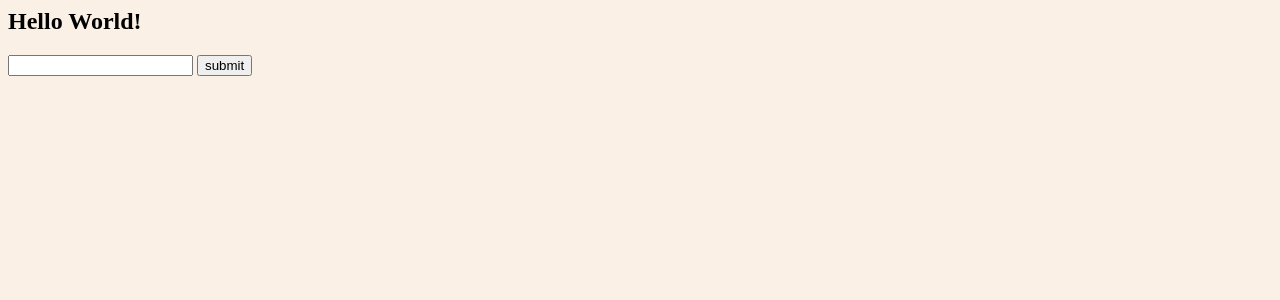
Repository: jalaj2123/SPRING-ORM
Page: http://localhost/Webap/
These files come from the project's save history. The page is drawn as it stood at one moment and after the next save; the edit follows.
The browser window is 1280 px wide. The pictures show the whole page.
The page is served by Tomcat 9. Other server files are loaded and not shown.

Above is the page before, as saved 2022-03-16 11:37:18.

### Webap/src/main/webapp/index.jsp
<html>

<head>

<style>
body {
    background-color: linen;
}
</style>
</head>
<body>
<h2>Hello World!</h2>
<form action="GetAlien">
<input type="text" name="aid"/>
<input type="submit" value="submit">

</form>
</body>
</html>

After the next save:
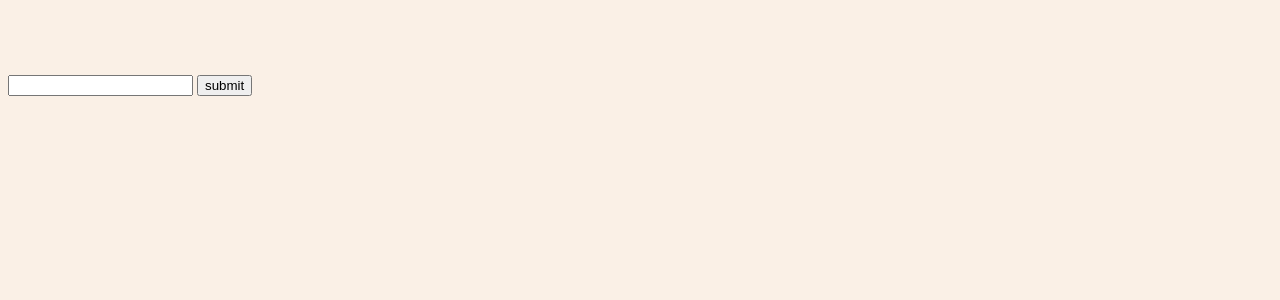
Saved 16 min 42 s later.
--- a/Webap/src/main/webapp/index.jsp
+++ b/Webap/src/main/webapp/index.jsp
@@ -9,7 +9,7 @@ body {
 </style>
 </head>
 <body>
-<h2>Hello World!</h2>
+<marquee behavior="scroll" direction="right"><h2>Mvc Maven</h2></marquee>
 <form action="GetAlien">
 <input type="text" name="aid"/>
 <input type="submit" value="submit">
